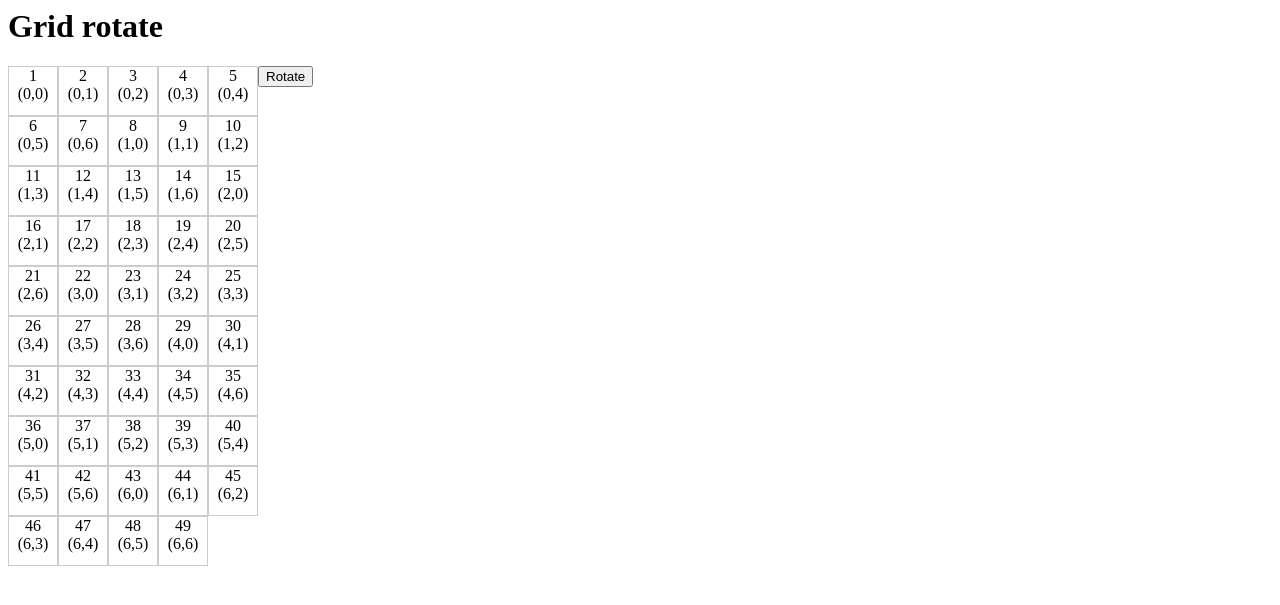
Repository: rashko/rotatematrix
Page: index.html
The author's editor kept a copy of each file at every save. The page is drawn from the files as they stood at one save, then again after the next save.
The browser window is 1280 px wide. The pictures show the whole page.

Above is the page before, as saved 2018-07-08 00:17:41.

### index.html
<html>
<head>

</head>
<style>
    #grid {
        width: 250px;
    }
    .box {
        width:50px;
        height:50px;
        float:left;
        border: solid 1px #ccc;
        box-sizing: border-box;
        text-align: center;
    }
    .change {
        background-color: blue;
    }
</style>
<body>
<h1>Grid rotate</h1>
<div id="grid"></div>
<button id="rotator">Rotate</button>
<span id="moveCount"></span>
<script type="text/javascript">

var grid = document.getElementById("grid");
var rotator =  document.getElementById("rotator");
var moveCountElement =  document.getElementById("moveCount");
const GRID_SIZE = 7;
let counter = 0;
var matrix = [];
var memory = [];
var row;
var moveCount = 0;
// create boxes
for(x = 0; x < GRID_SIZE; x++){
    row = [];
    for(y = 0; y < GRID_SIZE; y++){
        counter++;
        var box = document.createElement("div");
        var value = document.createElement("span");
        value.className = "value";
        value.innerHTML = counter;
        var cords = document.createElement("span");
        cords.className = "cords";
        cords.innerHTML = `<br />(${x},${y})`;
        box.className = "box";
        box.appendChild(value);
        box.appendChild(cords);
        grid.appendChild(box);
        row.push({x,y, value: counter, el: value, moved: false});

    }
    matrix.push(row);
}

// add event to rotator
rotator.addEventListener('click', rotate);

function rotate(){
    for(x = 0; x < GRID_SIZE; x++){
        for(y = 0; y < GRID_SIZE; y++){
            rotGroup(x, y);
        }
    }
}


function rotGroup(x, y){
    var mem;
    var top = x;
    var left = y;
    var bottom = GRID_SIZE - x - 1;
    var right = GRID_SIZE - x - 1;

    var topLeft = matrix[x][y];
    var bottomLeft = matrix[GRID_SIZE - y - 1][x];
    var bottomRight = matrix[GRID_SIZE - x - 1][GRID_SIZE - y - 1];
    var topRight = matrix[y][GRID_SIZE - x - 1];

    if(topLeft.moved) return false;
    moveCount++;
    moveCountElement.innerHTML = moveCount;
    mem = topLeft.value;

    topLeft.value = bottomLeft.value;
    topLeft.el.innerHTML = bottomLeft.value;
    topLeft.el.classList.add('change');
    topLeft.moved = true;

    bottomLeft.value = bottomRight.value;
    bottomLeft.el.innerHTML = bottomRight.value;
    bottomLeft.el.classList.add('change');
    bottomLeft.moved = true;

    bottomRight.value = topRight.value;
    bottomRight.el.innerHTML = topRight.value;
    bottomRight.el.classList.add('change');
    bottomRight.moved = true;

    topRight.value = mem;
    topRight.el.innerHTML = mem;
    topRight.el.classList.add('change');
    topRight.moved = true;
}
</script>
</body>
</html>

After the next save:
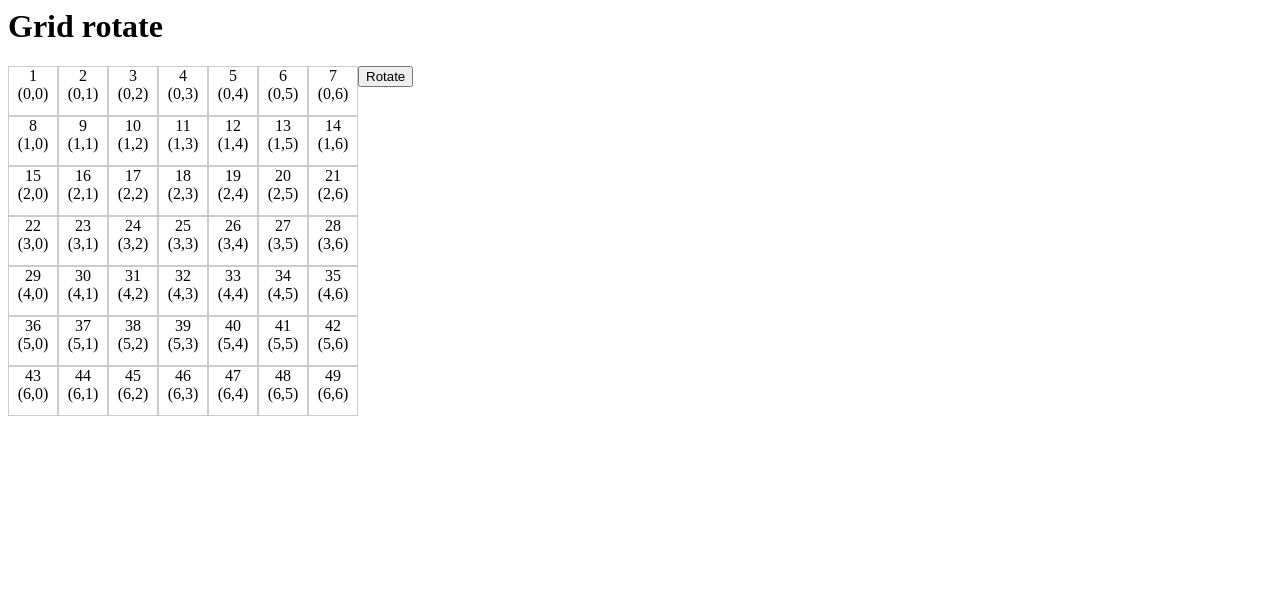
Saved 27 s later.
--- a/index.html
+++ b/index.html
@@ -4,7 +4,7 @@
 </head>
 <style>
     #grid {
-        width: 250px;
+        width: 350px;
     }
     .box {
         width:50px;
